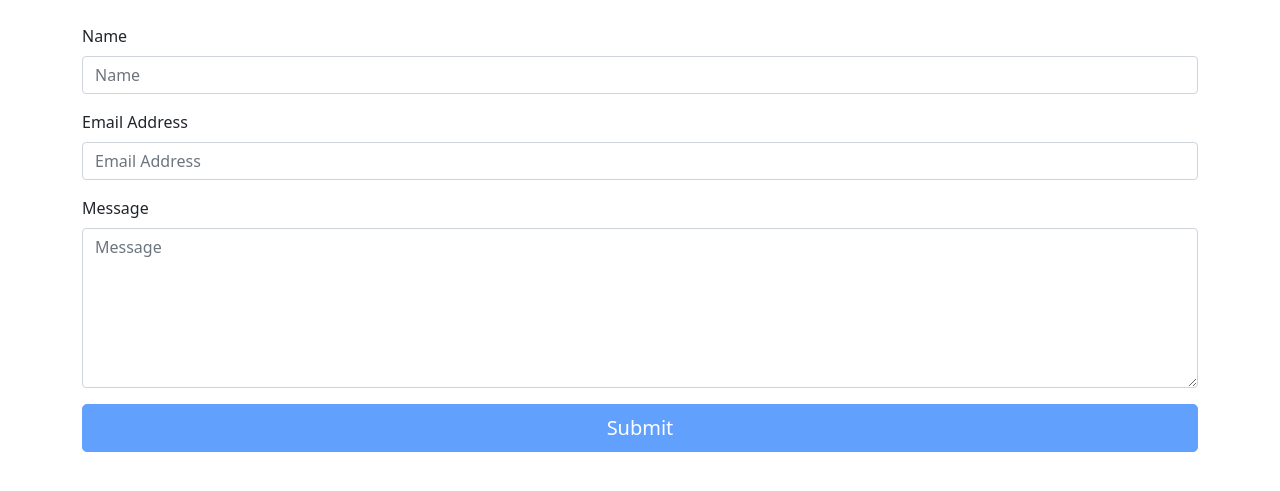
Repository: ahamie71/myfolio
Page: http://localhost/contact.php
The author's editor kept a copy of each file at every save. The page is drawn from the files as they stood at one save, then again after a run of saves.
The browser window is 1280 px wide. The pictures show the whole page.
The page is run by PHP 8.4 with error messages shown; the project is at /var/www/html/.

Above is the page before, as saved 2023-01-11 15:34:22.

After the next 4 saves:
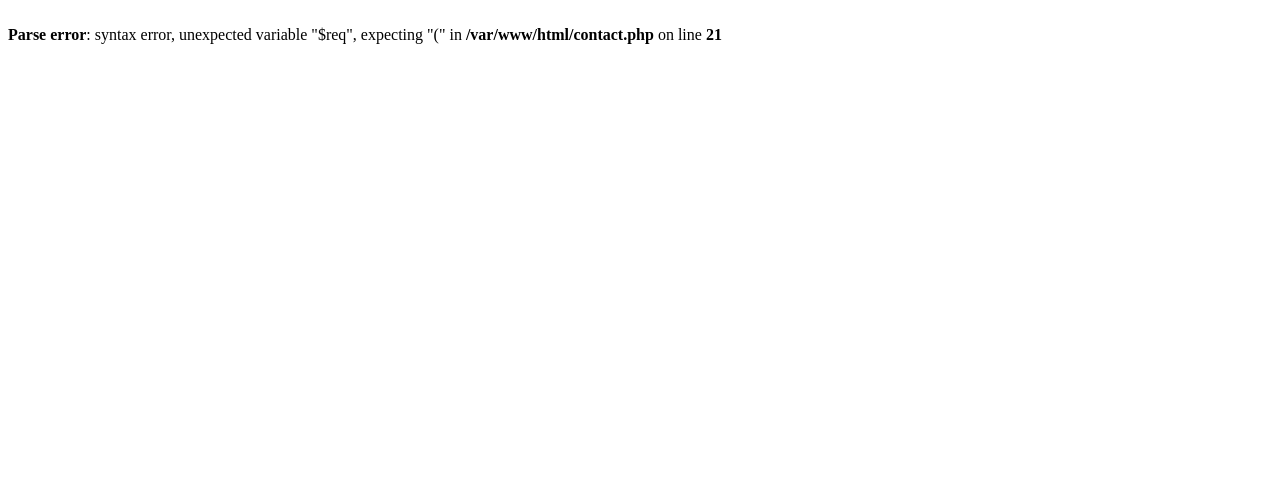
The 4 saves are shown as one change because they came seconds apart.
The last was saved 58 s later.
--- a/contact.php
+++ b/contact.php
@@ -17,6 +17,8 @@ if (isset($_POST['register'])) {
             )
 
         );
+
+        if $req=
     }
 }
 ?>
